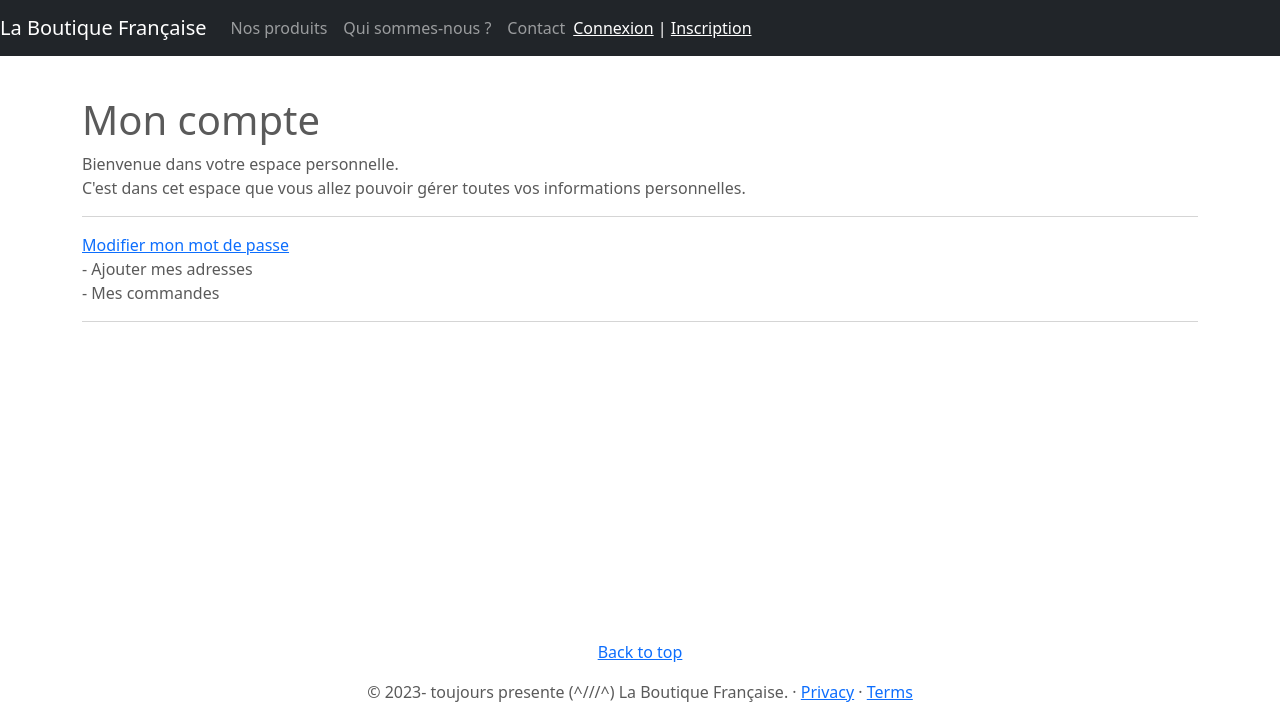
Repository: Coulibaly00180/laboutiquefrancaise
Page: templates/account/index.html.twig
An editor plug-in stored every save of this project. The page is shown before and after the next save, followed by the edit.
The browser window is 1280 px wide. The pictures show the whole page.
The page is a Twig template of a Symfony application; nobody is signed in and links lead nowhere. The template is opened directly, without the code that normally fills it, so the values that code supplies are empty.

Above is the page before, as saved 2023-03-03 17:51:35.

### templates/account/index.html.twig
{% extends 'base.html.twig' %}

{% block title %}Mon compte - La Boutique Française{% endblock %}

{% block content %}
    <h1>Mon compte</h1>
    Bienvenue {{ app.user.firstName}} dans votre espace personnelle. <br>
    C'est dans cet espace que vous allez pouvoir gérer toutes vos informations personnelles.<br>
    <hr>
    <a href="{{ path('app_account_password') }}">Modifier mon mot de passe</a> <br>
    -   Ajouter mes adresses<br>
    -   Mes commandes<br>
    <hr>
{% endblock %}

### templates/base.html.twig
<!doctype html>
<html lang="fr">
<head>
    <meta charset="utf-8">
    <meta name="viewport" content="width=device-width, initial-scale=1, shrink-to-fit=no">
    <meta name="description" content="">
    <meta name="author" content="Coulibaly Abdoulaye Christian">
    <meta name="generator" content="Jekyll v4.1.1">
    <title>{% block title %}La Boutique Française - 100% Made in French{% endblock %}</title>

    <!-- Bootstrap core CSS -->
    <link href="{{ asset('assets/css/bootstrap.min.css') }}" rel="stylesheet">
    <link href="{{ asset('assets/css/style.css') }}" rel="stylesheet">

    <style>
        .bd-placeholder-img {
            font-size: 1.125rem;
            text-anchor: middle;
            -webkit-user-select: none;
            -moz-user-select: none;
            -ms-user-select: none;
            user-select: none;
        }

        @media (min-width: 768px) {
            .bd-placeholder-img-lg {
                font-size: 3.5rem;
            }
        }
    </style>
    <!-- Custom styles for this template -->
    <link href="{{ asset('assets/css/carousel.css') }}" rel="stylesheet">
</head>
<body>
    <header>
        <nav class="navbar navbar-expand-md navbar-dark fixed-top bg-dark">
            <a class="navbar-brand" href="{{path('app_home') }}">La Boutique Française</a>
            <button class="navbar-toggler" type="button" data-toggle="collapse" data-target="#navbarCollapse" aria-controls="navbarCollapse" aria-expanded="false" aria-label="Toggle navigation">
                <span class="navbar-toggler-icon"></span>
            </button>
            <div class="collapse navbar-collapse" id="navbarCollapse">
                <ul class="navbar-nav mr-auto">
                    <li class="nav-item active">
                        <a class="nav-link" href="#">Nos produits</a>
                    </li>
                    <li class="nav-item">
                        <a class="nav-link" href="#">Qui sommes-nous ?</a>
                    </li>
                    <li class="nav-item">
                        <a class="nav-link" href="#">Contact</a>
                    </li>
                </ul>

                <div class="navbar-item-custom">
                    {% if app.user %}
                        <a href=" {{path('app_account') }}">Mon compte <small>( {{app.user.lastName}} )</small></a> | <a href=" {{ path('app_logout') }}">Déconnexion</a>
                    {% else %}
                        <a href=" {{ path('app_login') }}">Connexion</a> | <a href="{{ path('app_register') }}">Inscription</a>
                    {% endif %}
                </div>

            </div>
        </nav>
    </header>

    <main role="main">

        {% if block('carousel') is defined %}

        <div id="myCarousel" class="carousel slide" data-ride="carousel">
            <ol class="carousel-indicators">
                <li data-target="#myCarousel" data-slide-to="0" class="active"></li>
                <li data-target="#myCarousel" data-slide-to="1"></li>
                <li data-target="#myCarousel" data-slide-to="2"></li>
            </ol>
            <div class="carousel-inner">
                <div class="carousel-item active">
                    <svg class="bd-placeholder-img" width="100%" height="100%" xmlns="http://www.w3.org/2000/svg" preserveAspectRatio="xMidYMid slice" focusable="false" role="img"><rect width="100%" height="100%" fill="#777"/></svg>
                    <div class="container">
                        <div class="carousel-caption text-left">
                            <h1>Example headline.</h1>
                            <p>Cras justo odio, dapibus ac facilisis in, egestas eget quam. Donec id elit non mi porta gravida at eget metus. Nullam id dolor id nibh ultricies vehicula ut id elit.</p>
                            <p><a class="btn btn-lg btn-primary" href="#" role="button">Sign up today</a></p>
                        </div>
                    </div>
                </div>
                <div class="carousel-item">
                    <svg class="bd-placeholder-img" width="100%" height="100%" xmlns="http://www.w3.org/2000/svg" preserveAspectRatio="xMidYMid slice" focusable="false" role="img"><rect width="100%" height="100%" fill="#777"/></svg>
                    <div class="container">
                        <div class="carousel-caption">
                            <h1>Another example headline.</h1>
                            <p>Cras justo odio, dapibus ac facilisis in, egestas eget quam. Donec id elit non mi porta gravida at eget metus. Nullam id dolor id nibh ultricies vehicula ut id elit.</p>
                            <p><a class="btn btn-lg btn-primary" href="#" role="button">Learn more</a></p>
                        </div>
                    </div>
                </div>
                <div class="carousel-item">
                    <svg class="bd-placeholder-img" width="100%" height="100%" xmlns="http://www.w3.org/2000/svg" preserveAspectRatio="xMidYMid slice" focusable="false" role="img"><rect width="100%" height="100%" fill="#777"/></svg>
                    <div class="container">
                        <div class="carousel-caption text-right">
                            <h1>One more for good measure.</h1>
                            <p>Cras justo odio, dapibus ac facilisis in, egestas eget quam. Donec id elit non mi porta gravida at eget metus. Nullam id dolor id nibh ultricies vehicula ut id elit.</p>
                            <p><a class="btn btn-lg btn-primary" href="#" role="button">Browse gallery</a></p>
                        </div>
                    </div>
                </div>
            </div>
            <a class="carousel-control-prev" href="#myCarousel" role="button" data-slide="prev">
                <span class="carousel-control-prev-icon" aria-hidden="true"></span>
                <span class="sr-only">Previous</span>
            </a>
            <a class="carousel-control-next" href="#myCarousel" role="button" data-slide="next">
                <span class="carousel-control-next-icon" aria-hidden="true"></span>
                <span class="sr-only">Next</span>
            </a>
        </div>

        {% endif %}


        <!-- Marketing messaging and featurettes
        ================================================== -->
        <!-- Wrap the rest of the page in another container to center all the content. -->

        <div class="container marketing {% if block('carousel') is not defined %} mt-5 {% endif %}">

            {% block content %}

            {% endblock %}

        </div><!-- /.container -->

        <!-- FOOTER -->
        <footer class="footer-custom">
            <p class="float-right"><a href="#">Back to top</a></p>
            <p>&copy; 2023- toujours presente (^///^) La Boutique Française. &middot; <a href="#">Privacy</a> &middot; <a href="#">Terms</a></p>
        </footer>
    </main>
    <script src="https://code.jquery.com/jquery-3.5.1.slim.min.js"></script>
    <script src="{{ asset('assets/js/bootstrap.bundle.js') }}"></script>
</body>
</html>

### public/assets/css/style.css
.navbar-item-custom, .navbar-item-custom a{
    color: #fff;
}

.footer-custom{
    text-align: center;
    position: absolute;
    bottom: 0;
    width: 100%;
}

### public/assets/css/carousel.css
/* GLOBAL STYLES
-------------------------------------------------- */
/* Padding below the footer and lighter body text */

body {
    padding-top: 3rem;
    padding-bottom: 3rem;
    color: #5a5a5a;
}


/* CUSTOMIZE THE CAROUSEL
-------------------------------------------------- */

/* Carousel base class */
.carousel {
    margin-bottom: 4rem;
}
/* Since positioning the image, we need to help out the caption */
.carousel-caption {
    bottom: 3rem;
    z-index: 10;
}

/* Declare heights because of positioning of img element */
.carousel-item {
    height: 32rem;
}
.carousel-item > img {
    position: absolute;
    top: 0;
    left: 0;
    min-width: 100%;
    height: 32rem;
}


/* MARKETING CONTENT
-------------------------------------------------- */

/* Center align the text within the three columns below the carousel */
.marketing .col-lg-4 {
    margin-bottom: 1.5rem;
    text-align: center;
}
.marketing h2 {
    font-weight: 400;
}
.marketing .col-lg-4 p {
    margin-right: .75rem;
    margin-left: .75rem;
}


/* Featurettes
------------------------- */

.featurette-divider {
    margin: 5rem 0; /* Space out the Bootstrap <hr> more */
}

/* Thin out the marketing headings */
.featurette-heading {
    font-weight: 300;
    line-height: 1;
    letter-spacing: -.05rem;
}


/* RESPONSIVE CSS
-------------------------------------------------- */

@media (min-width: 40em) {
    /* Bump up size of carousel content */
    .carousel-caption p {
        margin-bottom: 1.25rem;
        font-size: 1.25rem;
        line-height: 1.4;
    }

    .featurette-heading {
        font-size: 50px;
    }
}

@media (min-width: 62em) {
    .featurette-heading {
        margin-top: 7rem;
    }
}

Loaded but not shown: public/assets/css/bootstrap.min.css (library); public/assets/js/bootstrap.bundle.js (library)

After the next save:
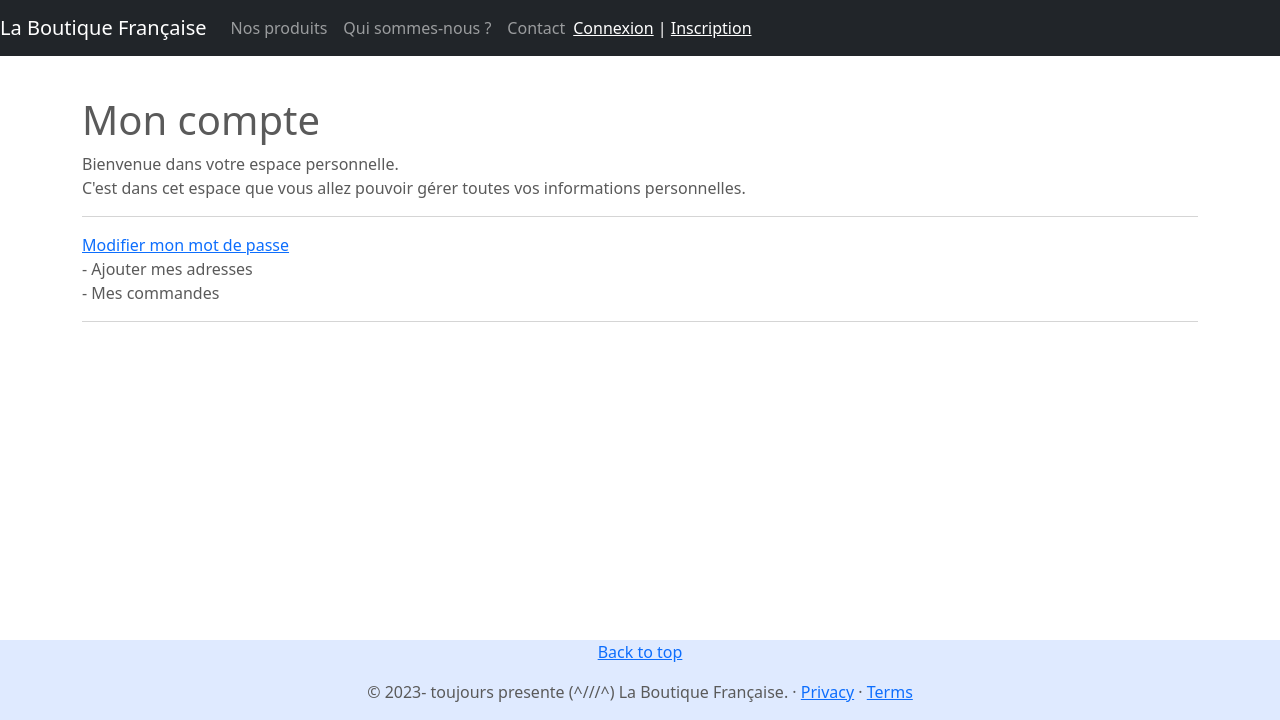
Saved 31 s later.
--- a/public/assets/css/style.css
+++ b/public/assets/css/style.css
@@ -7,4 +7,5 @@
     position: absolute;
     bottom: 0;
     width: 100%;
+    background-color: #dfeaff;
 }
